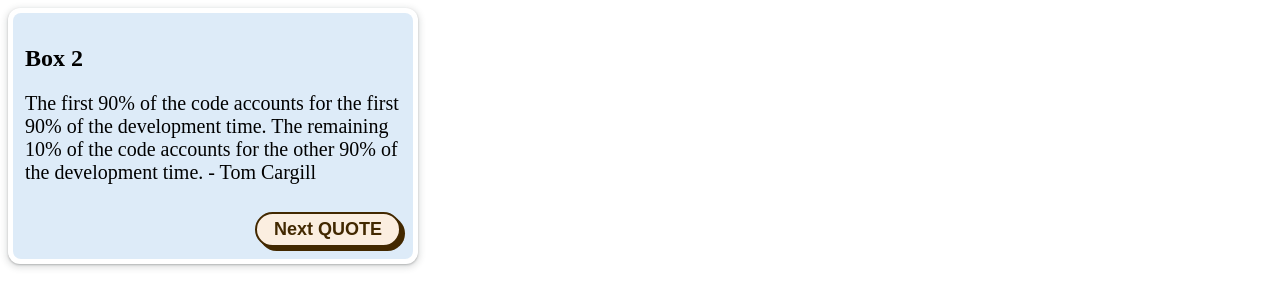
Repository: JasonMorta/programingQuotes-chromeExtension
Page: popup.html
An editor plug-in stored every save of this project. The page is shown before and after the next save, followed by the edit.
The browser window is 1280 px wide. The pictures show the whole page.

Above is the page before, as saved 2023-05-07 13:23:29.

After the next save:
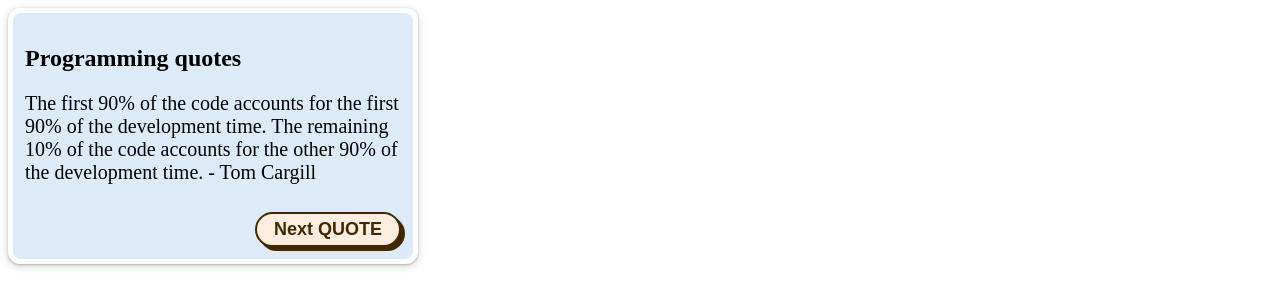
Saved 30 s later.
--- a/popup.html
+++ b/popup.html
@@ -19,7 +19,7 @@
 
  <section class="gee_chat_container">
     <div class="box-container-inner">
-      <h1>Box 2</h1>
+      <h1>Programming quotes</h1>
       <p  class="para"></p>
       <button class="button-74 getQuote" role="button">Next QUOTE</button>
     </div>
